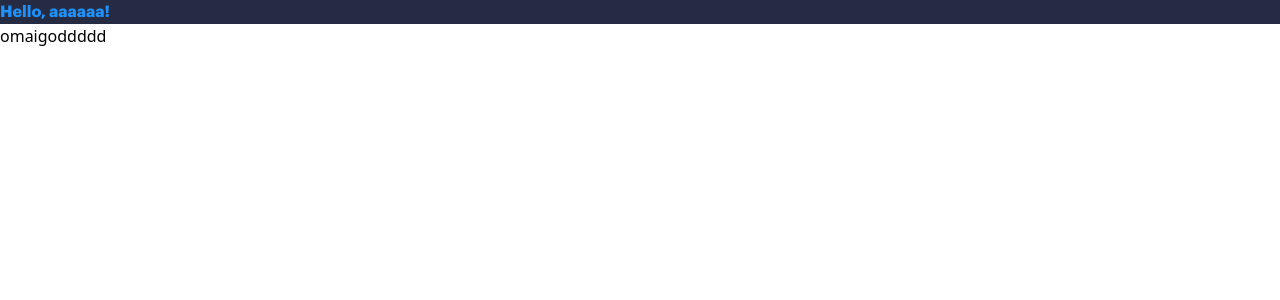
Repository: SK3010z/figmaland-tailwind
Page: /
An editor plug-in stored every save of this project. The page is shown before and after the next save, followed by the edit.
The browser window is 1280 px wide. The pictures show the whole page.
The project was rebuilt for these pictures with package versions that can differ from the ones it lists, and the page was loaded fresh each time. Also part of the build but not shown: vite.config.js, src/mediaQueries.jsx.

Above is the page before, as saved 2024-08-16 13:28:32.

### index.html
<!doctype html>
<html lang="en">
  <head>
    <meta charset="UTF-8" />
    <link rel="icon" type="image/svg+xml" href="/vite.svg" />
    <meta name="viewport" content="width=device-width, initial-scale=1.0" />
    <title>FigmaLand</title>
  </head>
  <body>
    <div id="root"></div>
    <script type="module" src="/src/main.jsx"></script>
  </body>
</html>

### src/main.jsx
import { StrictMode } from 'react'
import { createRoot } from 'react-dom/client'
import App from './App.jsx'
import MediaQueries from './mediaQueries.jsx'
import './index.css'

createRoot(document.getElementById('root')).render(
  <StrictMode>
    <App/>
  </StrictMode>,
)

### src/App.jsx
import { Button } from "./components/Button"

function App() {
  return (
    <>
      <h1 className="text-primary bg-darkBrackground font-graphik-bold">Hello, aaaaaa!</h1>
      <Button>omaigoddddd</Button>
    </>
  )
}

export default App

### src/index.css
@tailwind base;
@tailwind components;
@tailwind utilities;

@font-face {
  font-family: "Graphik-bold";
  src: url(./fonts/Graphik/Graphik-Bold-Trial.otf) format("opentype");
  font-style: normal;
  font-display: swap;
}
@font-face {
  font-family: "Graphik";
  src: url(./fonts/Graphik/Graphik-Regular-Trial.otf) format("opentype");
  font-style: normal;
  font-display: swap;
}

### src/components/Button/index.jsx
export const Button = ({children}) => {
    return <button className="border-black">{children}</button>
}

### tailwind.config.js
/** @type {import('tailwindcss').Config} */
export default {
  content: [
    "./index.html",
    "./src/**/*.{js,ts,jsx,tsx}",
  ],
  theme: {
    extend: {
      fontFamily: {
        graphik: ['Graphik','sans-serif'],
        'graphik-bold': ['Graphik-bold','sans-serif']
      },
      colors: {
        primary: '#2091F9',
        text: '#252B42',
        decondaryText: '#374754',
        darkBrackground: '#252B42'
      }
    },
  },
  plugins: [],
}

After the next save:
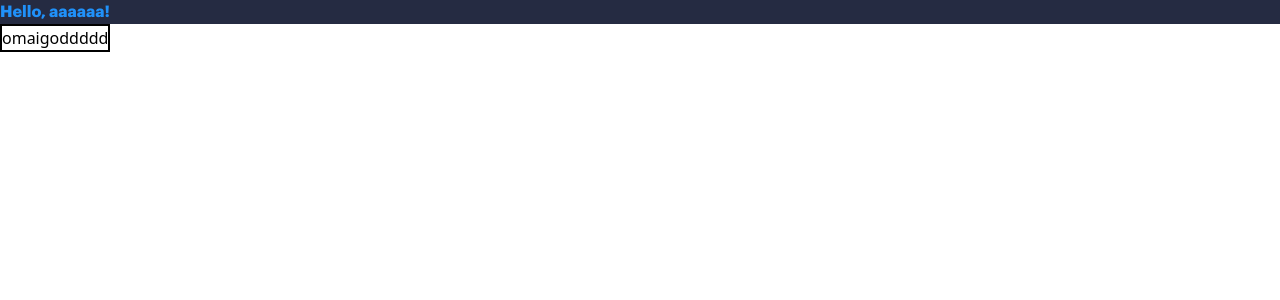
Saved 63 s later.
--- a/src/components/Button/index.jsx
+++ b/src/components/Button/index.jsx
@@ -1,3 +1,3 @@
 export const Button = ({children}) => {
-    return <button className="border-black">{children}</button>
+    return <button className="border-black border-2">{children}</button>
 }
